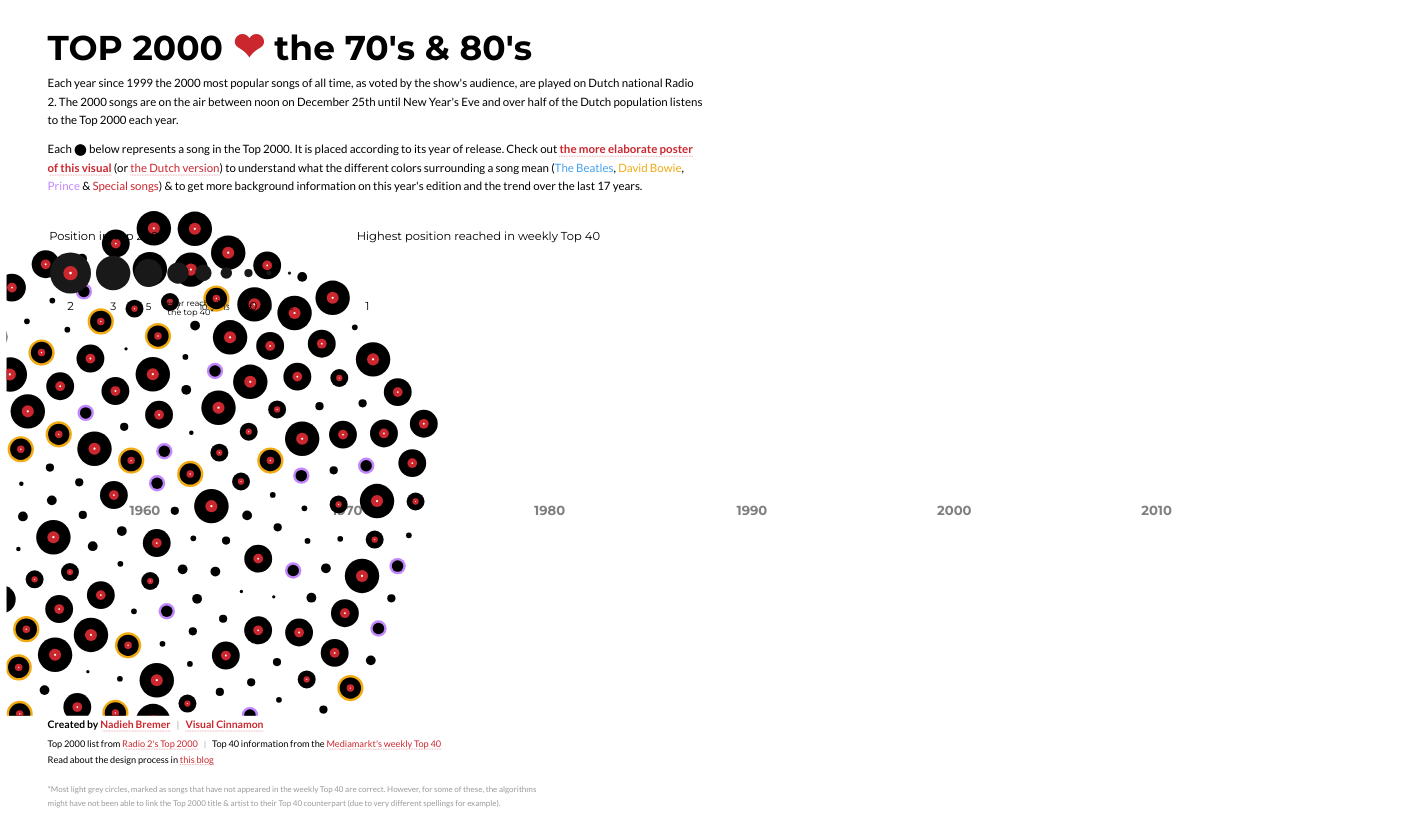
Repository: Limjohns/data_visualization
Page: index.html
An editor plug-in stored every save of this project. The page is shown before and after the next save, followed by the edit.
The browser window is 1280 px wide. The page is 1708 px wide, so the pictures cover 1708 px, including what lies to the right of the window. The pictures show the whole page, at 82% of full size.

Above is the page before, as saved 2023-05-16 10:50:23.

### index.html
<!DOCTYPE html>
	<head>
	    <meta http-equiv="Content-Type" content="text/html; charset=UTF-8">
	    <meta http-equiv="X-UA-Compatible" content="IE=edge">
	    <meta name="viewport" content="width=device-width, initial-scale=1">
	    <!-- <meta name="viewport" content="user-scalable = yes"> -->

        <title>The Top 2000 Loves the 70s & 80s</title>
        <meta name="author" content="Nadieh Bremer - Visual Cinnamon">
        <meta name="title" content="The Top 2000 Loves the 70s & 80s">
        <meta name="description" content="See which release years are most popular of the Top 2000 best songs ever">
        <meta name="keywords" content="data, visualization, visualisation, data visualization, data visualisation, information, information visualization, information visualisation, dataviz, datavis, infoviz, infovis, collaboration, data art">
        <meta name="theme-color" content="#cb272e">

        <!-- Favicon -->
		<link rel="icon" type="image/png" sizes="192x192" href="img/favicon-192x192.png" />
		<link rel="icon" type="image/png" sizes="96x96" href="img/favicon-96x96.png" />
		<link rel="icon" type="image/png" sizes="32x32" href="img/favicon-32x32.png" />
        <link rel="icon" type="image/png" sizes="16x16" href="img/favicon-16x16.png" />

        <!-- Social media -->
        <meta property="og:title" content="The Top 2000 Loves the 70s & 80s">
        <meta property="og:site_name" content="Visual Cinnamon">
        <meta property="og:url" content="https://top2000.visualcinnamon.com">
        <meta property="og:description" content="See which release years are most popular of the Top 2000 best songs ever">
        <meta property="og:type" content="article">
        <meta property="og:locale" content="en_US">
        <meta property="og:image" content="https://top2000.visualcinnamon.com/img/top2000_feature.png">
        <meta property="og:image:type" content="image/png">
        <meta property="og:image:width" content="1300">
        <meta property="og:image:height" content="1020">

        <meta name="twitter:card" content="summary_large_image">
        <meta name="twitter:site" content="@NadiehBremer">
        <meta name="twitter:creator" content="@NadiehBremer">
        <meta name="twitter:title" content="The Top 2000 Loves the 70s & 80s">
        <meta name="twitter:description" content="See which release years are most popular of the Top 2000 best songs ever">
        <meta name="twitter:image:src" content="https://top2000.visualcinnamon.com/img/top2000_feature.png">

		<!-- Styling -->
		<link href="css/style.css" rel="stylesheet">

		<!-- Google fonts -->
		<link href="https://fonts.googleapis.com/css?family=Lato:400,700|Montserrat:400,700" rel="stylesheet">

		<!-- JavaScript files -->
		<script src="plugins/d3.min.js"></script>

	</head>
	<body>
		<div id="intro" class="outer-margin">
			<h1 class="title">TOP 2000 <span class="heart">❤</span> the 70's & 80's</h1>
			<p>Each year since 1999 the 2000 most popular songs of all time, as voted by the show's audience, are played on Dutch national Radio 2. The 2000 songs are on the air between noon on December 25th until New Year's Eve and over half of the Dutch population listens to the Top 2000 each year.</p>
			<p class="desktop">Each ⬤ below represents a song in the Top 2000. It is placed according to its year of release. Check out <a style="font-weight: 700;" href="img/Top2000PosterEnglish.png" target="_new">the more elaborate poster of this visual</a> (or <a href="img/Top2000PosterDutch.png" target="_new">the Dutch version</a>) to understand what the different colors surrounding a song mean (<span style="color: #46a1ef;">The Beatles</span>, <span style="color: #f1aa11;">David Bowie</span>, <span style="color: #C287FF;">Prince</span> & <span style="color: #CB272E;">Special songs</span>) & to get more background information on this year's edition and the trend over the last 17 years.</p>
			<p class="mobile">Each ⬤ in the image below represents a song in the Top 2000. It is placed according to its year of release. Click on the image below to <a style="color: #CB272E; font-weight: 700;" href="img/Top2000PosterEnglish.png">go to a big version of the visual</a> and see the details (or go to <a href="img/Top2000PosterDutch.png" target="_new">the Dutch version</a>) to get more background information on this year's edition and the trend over the last 17 years.</p>
			<p class="mobile">Visit this page on your laptop to see a much bigger interactive version and discover the artist and song of each of the 2000 songs!</p>
		</div>

		<!-- Chart (or image for mobile) -->
		<div class="mobile" style="margin-bottom: 20px;">
			<a class="image-link" href="img/Top2000PosterEnglish.png"><img alt="The final infographic about the Top 2000" src="img/Top2000PosterEnglish.png" width="100%"></a>
		</div>
		<div id="chart"></div>

		<!-- Credits & Data -->
		<div id="credit" class="outer-margin">
			<p class="credit-bold" style="margin-bottom: 8px;">Created by <a href="https://twitter.com/NadiehBremer" target="_new">Nadieh Bremer</a> <span class="credit-divider">|</span> <a href="https://www.visualcinnamon.com/" target="_new">Visual Cinnamon</a></p>
			<p class="credit-note">Top 2000 list from <a href="http://www.nporadio2.nl/top2000" target="_new">Radio 2's Top 2000</a> <span class="credit-divider">|</span> Top 40 information from the <a href="https://www.top40.nl/" target="_new">Mediamarkt's weekly Top 40</a></p>
			<p class="credit-note">Read about the design process in <a href="https://www.datasketch.es/project/top-2000">this blog</a></p>

			<p class="credit-data-note desktop">*Most light grey circles, marked as songs that have not appeared in the weekly Top 40 are correct. However, for some of these, the algorithms might have not been able to link the Top 2000 title & artist to their Top 40 counterpart (due to very different spellings for example).</p>
		</div>

		</div>
        <script src="js/main.js"></script>
	</body>
</html>

### js/main.js
var isMobile = window.screen.width < 400 ? true : false;

if(isMobile) {
	d3.selectAll(".mobile").style("display", "inline-block");
	d3.selectAll(".desktop").style("display", "none");
	d3.selectAll(".outer-margin").style("margin-left", "10px").style("margin-right", "10px");
	d3.selectAll(".title").style("font-size", "2.7em");
	// d3.selectAll(".heart").style("font-size", "1.4em");
} else {

	///////////////////////////////////////////////////////////////////////////
	//////////////////////////// Set up the SVG ///////////////////////////////
	///////////////////////////////////////////////////////////////////////////
	var margin = {
	  top: 120,
	  right: 150,
	  bottom: 0,
	  left: -350
	};
	var widthOriginal = 2150 - 100 - 150;
	var width = 1700 - margin.left - margin.right;
	var height = 620 - margin.top - margin.bottom;

	//SVG container
	var svg = d3.select('#chart')
		.append("svg")
		.attr("width", width + margin.left + margin.right)
		.attr("height", height + margin.top + margin.bottom)
		.append("g").attr("class", "top-wrapper")
		.attr("transform", "translate(" + (margin.left) + "," + (margin.top) + ")");

	///////////////////////////////////////////////////////////////////////////
	////////////////////////// Create the scales //////////////////////////////
	///////////////////////////////////////////////////////////////////////////

	var yearScale = d3.scaleLinear()
		.domain([1939, 2016])
	    .range([0, widthOriginal]);

	var rScale = d3.scaleSqrt()
		// .domain([1,10,25,50,100,250,500,1000,2000])
		.domain([2, 3, 5, 7, 10, 13, 17, 21, 25])
		// .domain([25,21,17,13,10,7,5,3,2])
		.range([25,21,17,13,10,7,5,3,2]);

	var colorScale = d3.scaleLinear()
		.domain([1,6,12,18,25,32,40])
		.range(["#000000","#262626","#474747","#636363","#7D7D7D","#949494","#ABABAB"]);

	///////////////////////////////////////////////////////////////////////////
	///////////////////////// Choose annotated songs //////////////////////////
	///////////////////////////////////////////////////////////////////////////

	var interestingSongs = [
		1989, //Oldest song - Billy Holiday
		363, //Highest song from 2016 - Can't Stop The Feeling | Justin Timberlake
		270, //Highest new song - Starman | David Bowie
		144, //Highest riser - When We Were Young | Adele
		232, //Pokemon song
	];

	//David Bowie songs
	var DB = [7,38,87,162,182,230,270,310,379,462,472,491,523,540,576,586,612,616,778,856,961,1144,1203,1632,1736,1875];

	//Prince songs
	var PR = [13,207,254,354,404,585,640,702,721,937,1268,1365,1378,1409,1658,1761,1771];

	var strokeWidthColored = 3,	//The Beatles, Prince and David Bowie
		strokeWidthRed = 4;		//Interesting Songs

	///////////////////////////////////////////////////////////////////////////
	//////////////////////////// Read in the data /////////////////////////////
	///////////////////////////////////////////////////////////////////////////

	d3.csv('data/data_2016.csv', function (error, data) {

		///////////////////////////////////////////////////////////////////////////
		///////////////////////////// Final data prep /////////////////////////////
		///////////////////////////////////////////////////////////////////////////

		if (error) throw error;

		data.forEach(function(d) {
			d.rank = +d.rank;
			d.releaseYear = +d.releaseYear;
			d.listHighestRank = +d.listHighestRank;
			d.x = +d.x;
			d.y = +d.y;
		});

		//Add a few more "circles" to the data that will make room for the decade numbers
		var decades = [2013, 2014, 2015, 2016, 2017, 2018, 2019, 2020, 2021, 2022];
		for(var i=0; i<decades.length; i++) {
			data.push({
				rank: 0,
				releaseYear: decades[i],
				type: "decade",
				x: yearScale(decades[i]),
				y: height/2
			});
		}//for i

		///////////////////////////////////////////////////////////////////////////
		///////////////////////////// Create the axis /////////////////////////////
		///////////////////////////////////////////////////////////////////////////

		svg.append("g")
	      .attr("class", "axis axis--x")
	      .attr("transform", "translate(0," + (height/2) + ")")
	      .call(d3.axisBottom(yearScale).ticks(10, ".0f"));

		svg.selectAll(".axis text")
		  .attr("dy", "-0.25em");

		///////////////////////////////////////////////////////////////////////////
		//////////////////////////// Draw the circles /////////////////////////////
		///////////////////////////////////////////////////////////////////////////

		//Wrapper for all songs
	  	var songWrapper = svg.append("g")
	      .attr("class", "song-wrapper");

		//Create a group per song
		var song = songWrapper.selectAll(".song-group")
		  	.data(data)
		  	.enter().append("g")
		  	.attr("class", "song-group")
		  	.attr("transform", function(d) { return "translate(" + d.x + "," + d.y + ")"; })
		  	.on("mouseover", function(d) {
		  		//console.log(d.artist, d.title, d.releaseYear, d.rank, d.listHighestRank);

		  		//Move the tooltip to the right location
		  		tooltipSong.text(d.title);
		      	tooltipArtist.text(d.artist + " | " + d.releaseYear);
		      	tooltipRank.text("Position in Top 2000: " + d.rank);
		      	if(d.listHighestRank > 0 && d.listType !== "tip") {
		      		tooltipTop40.text("Highest position in weekly Top 40: " + d.listHighestRank);
		      	} else {
		      		tooltipTop40.text("Never appeared in the Top 40");
		      	}//else
		      	//Find the largest title
		      	var maxSize = Math.max(document.getElementById("tooltipSong").getComputedTextLength(),
		      		document.getElementById("tooltipArtist").getComputedTextLength(),
		      		document.getElementById("tooltipRank").getComputedTextLength(),
		      		document.getElementById("tooltipTop40").getComputedTextLength());
		      	tooltipBackground
		      		.transition().duration(100)
		      		.attr("x", -0.5 * maxSize*1.2)
		      		.attr("width", maxSize*1.2)
		      	tooltipWrapper
		      		.transition().duration(200)
		        	.attr("transform", "translate(" + d.x + "," + (d.y + 40) + ")")
		        	.style("opacity", 1);
		  	})
		  	.on("mouseout", function(d) {
		  		//Hide the tooltip
				tooltipWrapper
					.transition().duration(200)
					.style("opacity", 0);
		  	});

		//The colored background for some songs (since I can't do an outside stroke)
		song
			.filter(function(d) { return d.artist === "The Beatles" || DB.indexOf(d.rank) > -1 || PR.indexOf(d.rank) > -1 || interestingSongs.indexOf(d.rank) > -1; })
			.append("circle")
			.attr("class", "song-background")
	      	.attr("r", function(d) {
	      		if(d.artist === "The Beatles" || DB.indexOf(d.rank) > -1 || PR.indexOf(d.rank) > -1) {
					return rScale(d.rank) + strokeWidthColored;
				} else if(interestingSongs.indexOf(d.rank) > -1) {
					return rScale(d.rank) + strokeWidthRed;
				} else {
					return -1; //check for error
				}//else
	      	})
		  	.style("fill", function(d) {
			  	if(d.artist === "The Beatles") {
				  	return "#46a1ef";
			  	} else if (interestingSongs.indexOf(d.rank) > -1) {
				  	return "#CB272E";
			  	} else if (DB.indexOf(d.rank) > -1) {
				  	return "#f1aa11";
			  	} else if (PR.indexOf(d.rank) > -1) {
				  	return "#C287FF";
			  	} else {
				  	return "none";
			  	}//else
		  	});

		//The grey scaled circle of the song
		song.append("circle")
			.attr("class", "song")
	      	.attr("r", function(d) { return rScale(d.rank); })
		  	.style("fill", function(d) {
			  	if(d.type === "decade") {
				  	return "none";
			  	} else if (d.listHighestRank === 0 || d.listType === "tip") {
				  	return "#e0e0e0";
			  	} else {
					return colorScale(d.listHighestRank);
				}//else
		  	});

		//Colored piece of the "vinyl" part of the top 10
		song
		  .filter(function(d) { return d.rank > 0 && d.rank <= 10; })
		  .append("circle")
	      .attr("r", function(d) { return rScale(d.rank)*0.35; })
		  .style("fill", "#CB272E");
		//White center of the "vinyl" part of the top 10
		song
		  .filter(function(d) { return d.rank > 0 && d.rank <= 10; })
		  .append("circle")
	      .attr("r", function(d) { return rScale(d.rank)*0.065; })
		  .style("fill", "white");

		///////////////////////////////////////////////////////////////////////////
		////////////////////////////// Add Tooltip ////////////////////////////////
		///////////////////////////////////////////////////////////////////////////

		var tooltipWrapper = svg.append("g")
		  .attr("class", "tooltip-wrapper")
		  .attr("transform", "translate(" + 0 + "," + 0 + ")")
		  .style("opacity", 0);

		var tooltipBackground = tooltipWrapper.append("rect")
			.attr("class", "tooltip-background")
			.attr("x", 0)
			.attr("y", -28)
			.attr("width", 0)
			.attr("height", 100);

		var tooltipArtist = tooltipWrapper.append("text")
		  .attr("class", "tooltip-artist")
		  .attr("id", "tooltipArtist")
		  .attr("y", -4)
		  .text("");

		var tooltipSong = tooltipWrapper.append("text")
		  .attr("class", "tooltip-song")
		  .attr("id", "tooltipSong")
		  .attr("y", 17)
		  .text("");

		var tooltipRank = tooltipWrapper.append("text")
		  .attr("class", "tooltip-rank")
		  .attr("id", "tooltipRank")
		  .attr("y", 42)
		  .text("");
		var tooltipTop40 = tooltipWrapper.append("text")
		  .attr("class", "tooltip-rank")
		  .attr("id", "tooltipTop40")
		  .attr("y", 55)
		  .text("");

		///////////////////////////////////////////////////////////////////////////
		//////////////////////////// Add size legend //////////////////////////////
		///////////////////////////////////////////////////////////////////////////

		var sizeLegend = svg.append("g")
			.attr("class", "size-legend")
			.attr("transform", "translate(" + 415 + "," + -40 + ")");

		sizeLegend.append("text")
			.attr("class", "legend-title")
			.attr("x", -13)
			.attr("y", -40)
			.text("Position in Top 2000");

		var sizeDistance = [13,65,108,144,175,203,230,255,280];
		sizeLegend.selectAll(".song-size")
			.data(rScale.range())
			.enter().append("circle")
			.attr("class", "song-size")
			.attr("cx", function(d,i) { return sizeDistance[i]; })
			.attr("r", function(d) { return d; });

		//Add small red and white circle to the first
		sizeLegend.append("circle")
			.attr("cx", sizeDistance[0])
			.attr("r", rScale.range()[0] * 0.35)
			.style("fill", "#CB272E");
		sizeLegend.append("circle")
			.attr("cx", sizeDistance[0])
			.attr("r", rScale.range()[0] * 0.065)
			.style("fill", "white");

		//Add numbers below
		var sizeFont = [14,13,12,11,10,9,9,8,8];
		sizeLegend.selectAll(".song-legend-value")
			.data(rScale.domain())
			.enter().append("text")
			.attr("class", "song-legend-value")
			.attr("x", function(d,i) { return sizeDistance[i]; })
			.attr("y", 45)
			.style("font-size", function(d,i) { return sizeFont[i]; })
			.text(function(d) { return d; })


		///////////////////////////////////////////////////////////////////////////
		///////////////////////////// Add color legend ////////////////////////////
		///////////////////////////////////////////////////////////////////////////

		var colorLegend = svg.append("g")
			.attr("class", "color-legend")
			.attr("transform", "translate(" + 790 + "," + -40 + ")");

		colorLegend.append("text")
			.attr("class", "legend-title")
			.attr("x", -13)
			.attr("y", -40)
			.text("Highest position reached in weekly Top 40");

		colorLegend.selectAll(".song-color")
			.data(colorScale.range())
			.enter().append("circle")
			.attr("class", "song-color")
			.attr("cx", function(d,i) { return 2 * i * rScale(100)*1.2; })
			.attr("r", rScale(100))
			.style("fill", function(d) { return d; });
		//Add extra circle for never reached top 40
		colorLegend.append("circle")
			.attr("class", "song-color")
			.attr("cx", function(d,i) { return 2 * 9 * rScale(100)*1.2; })
			.attr("r", rScale(100))
			.style("fill", "#e0e0e0");

		//Add text below
		colorLegend.append("text")
			.attr("class", "song-legend-value")
			.attr("x", 0)
			.attr("y", 45)
			.style("font-size", sizeFont[0])
			.text("1");
		colorLegend.append("text")
			.attr("class", "song-legend-value")
			.attr("x", 2 * 6 * rScale(100)*1.2)
			.attr("y", 45)
			.style("font-size", sizeFont[0])
			.text("40");
		colorLegend.append("text")
			.attr("class", "song-legend-value")
			.attr("x", 2 * 9 * rScale(100)*1.2)
			.attr("y", 40)
			.style("font-size", sizeFont[4])
			.text("never reached");
		colorLegend.append("text")
			.attr("class", "song-legend-value")
			.attr("x", 2 * 9 * rScale(100)*1.2)
			.attr("y", 51)
			.style("font-size", sizeFont[4])
			.text("the top 40*");

	});//d3.csv

}//else

Loaded but not shown: plugins/d3.min.js (library); css/style.css (143 lines, source omitted)

After the next save:
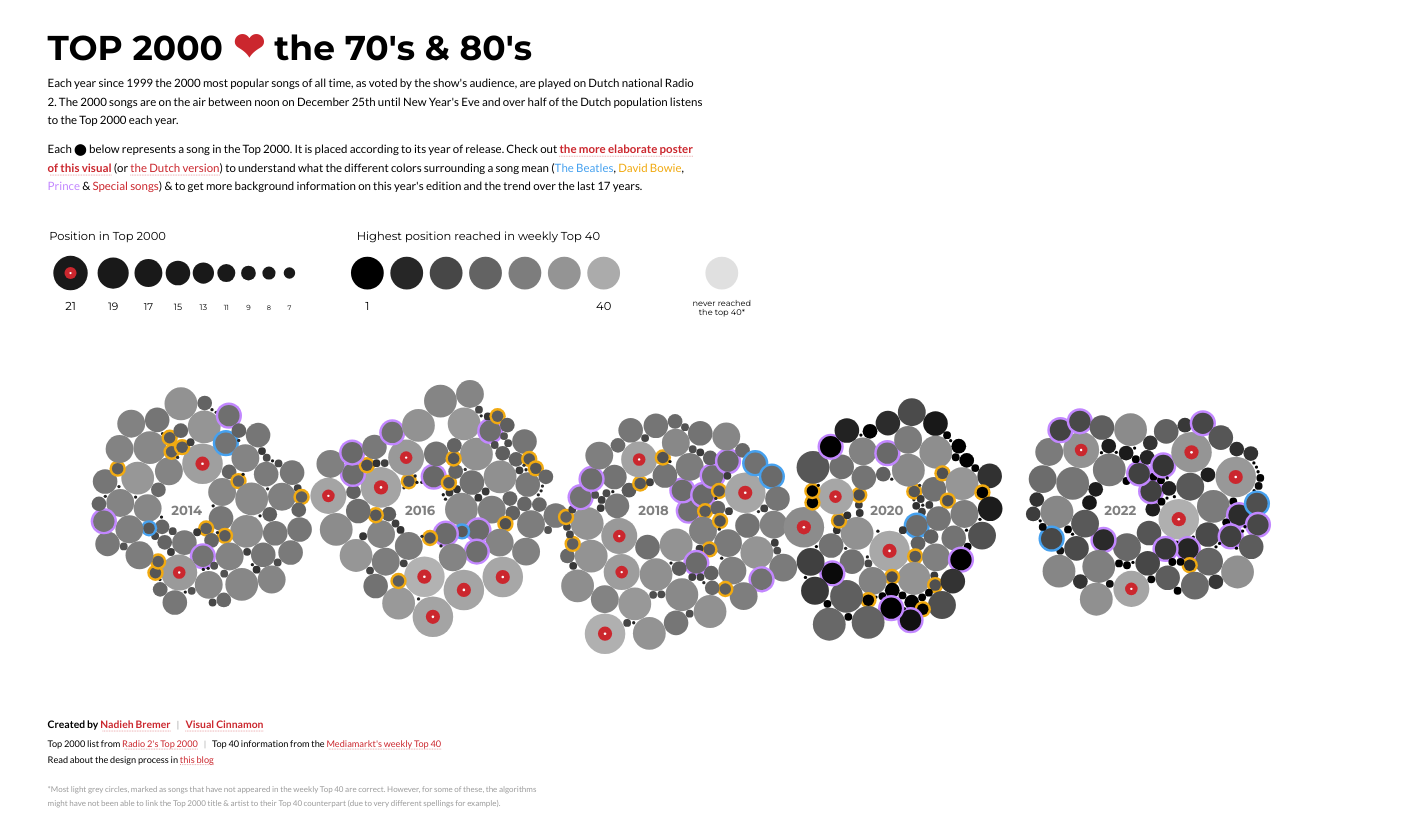
Saved 29 h 51 min later.
--- a/js/main.js
+++ b/js/main.js
@@ -17,7 +17,7 @@ if(isMobile) {
 	  bottom: 0,
 	  left: -350
 	};
-	var widthOriginal = 2150 - 100 - 150;
+	var widthOriginal = 2150 - 100 - 200;
 	var width = 1700 - margin.left - margin.right;
 	var height = 620 - margin.top - margin.bottom;
 
@@ -34,17 +34,19 @@ if(isMobile) {
 	///////////////////////////////////////////////////////////////////////////
 
 	var yearScale = d3.scaleLinear()
-		.domain([1939, 2016])
+		.domain([2010, 2023])
 	    .range([0, widthOriginal]);
 
 	var rScale = d3.scaleSqrt()
 		// .domain([1,10,25,50,100,250,500,1000,2000])
-		.domain([2, 3, 5, 7, 10, 13, 17, 21, 25])
-		// .domain([25,21,17,13,10,7,5,3,2])
-		.range([25,21,17,13,10,7,5,3,2]);
+		// .domain([2, 3, 5, 7, 10, 13, 17, 21, 25])
+		// 25,21,17,13,10,7,5,3,2
+		.domain([21, 19, 17, 15, 13, 11, 9, 8, 7])
+		.range([21, 19, 17, 15, 13, 11, 9, 8, 7]);
 
 	var colorScale = d3.scaleLinear()
-		.domain([1,6,12,18,25,32,40])
+		// .domain([1,6,12,18,25,32,40])
+		.domain([14, 15, 16, 17, 18, 19, 20])
 		.range(["#000000","#262626","#474747","#636363","#7D7D7D","#949494","#ABABAB"]);
 
 	///////////////////////////////////////////////////////////////////////////
@@ -72,7 +74,7 @@ if(isMobile) {
 	//////////////////////////// Read in the data /////////////////////////////
 	///////////////////////////////////////////////////////////////////////////
 
-	d3.csv('data/data_2016.csv', function (error, data) {
+	d3.csv('data/data_13_22_v3.csv', function (error, data) {
 
 		///////////////////////////////////////////////////////////////////////////
 		///////////////////////////// Final data prep /////////////////////////////
@@ -107,7 +109,7 @@ if(isMobile) {
 		svg.append("g")
 	      .attr("class", "axis axis--x")
 	      .attr("transform", "translate(0," + (height/2) + ")")
-	      .call(d3.axisBottom(yearScale).ticks(10, ".0f"));
+	      .call(d3.axisBottom(yearScale).ticks(5, ".0f"));    // 改这里可以修改年份显示个数
 
 		svg.selectAll(".axis text")
 		  .attr("dy", "-0.25em");
@@ -134,7 +136,7 @@ if(isMobile) {
 		      	tooltipArtist.text(d.artist + " | " + d.releaseYear);
 		      	tooltipRank.text("Position in Top 2000: " + d.rank);
 		      	if(d.listHighestRank > 0 && d.listType !== "tip") {
-		      		tooltipTop40.text("Highest position in weekly Top 40: " + d.listHighestRank);
+		      		tooltipTop40.text("Tickets Sold: " + d.Tickets_Sold);
 		      	} else {
 		      		tooltipTop40.text("Never appeared in the Top 40");
 		      	}//else
@@ -174,7 +176,7 @@ if(isMobile) {
 				}//else
 	      	})
 		  	.style("fill", function(d) {
-			  	if(d.artist === "The Beatles") {
+			  	if(d.artist === "Universal") {
 				  	return "#46a1ef";
 			  	} else if (interestingSongs.indexOf(d.rank) > -1) {
 				  	return "#CB272E";
@@ -203,13 +205,13 @@ if(isMobile) {
 
 		//Colored piece of the "vinyl" part of the top 10
 		song
-		  .filter(function(d) { return d.rank > 0 && d.rank <= 10; })
+		  .filter(function(d) { return d.rank > 20 && d.rank <= 25; })
 		  .append("circle")
 	      .attr("r", function(d) { return rScale(d.rank)*0.35; })
 		  .style("fill", "#CB272E");
 		//White center of the "vinyl" part of the top 10
 		song
-		  .filter(function(d) { return d.rank > 0 && d.rank <= 10; })
+		  .filter(function(d) { return d.rank > 20 && d.rank <= 25; })
 		  .append("circle")
 	      .attr("r", function(d) { return rScale(d.rank)*0.065; })
 		  .style("fill", "white");
@@ -311,18 +313,19 @@ if(isMobile) {
 			.attr("y", -40)
 			.text("Highest position reached in weekly Top 40");
 
+		var SongColor = 20
 		colorLegend.selectAll(".song-color")
 			.data(colorScale.range())
 			.enter().append("circle")
 			.attr("class", "song-color")
-			.attr("cx", function(d,i) { return 2 * i * rScale(100)*1.2; })
-			.attr("r", rScale(100))
+			.attr("cx", function(d,i) { return 2 * i * rScale(SongColor)*1.2; })
+			.attr("r", rScale(SongColor))
 			.style("fill", function(d) { return d; });
 		//Add extra circle for never reached top 40
 		colorLegend.append("circle")
 			.attr("class", "song-color")
-			.attr("cx", function(d,i) { return 2 * 9 * rScale(100)*1.2; })
-			.attr("r", rScale(100))
+			.attr("cx", function(d,i) { return 2 * 9 * rScale(SongColor)*1.2; })
+			.attr("r", rScale(SongColor))
 			.style("fill", "#e0e0e0");
 
 		//Add text below
@@ -334,19 +337,19 @@ if(isMobile) {
 			.text("1");
 		colorLegend.append("text")
 			.attr("class", "song-legend-value")
-			.attr("x", 2 * 6 * rScale(100)*1.2)
+			.attr("x", 2 * 6 * rScale(SongColor)*1.2)
 			.attr("y", 45)
 			.style("font-size", sizeFont[0])
 			.text("40");
 		colorLegend.append("text")
 			.attr("class", "song-legend-value")
-			.attr("x", 2 * 9 * rScale(100)*1.2)
+			.attr("x", 2 * 9 * rScale(SongColor)*1.2)
 			.attr("y", 40)
 			.style("font-size", sizeFont[4])
 			.text("never reached");
 		colorLegend.append("text")
 			.attr("class", "song-legend-value")
-			.attr("x", 2 * 9 * rScale(100)*1.2)
+			.attr("x", 2 * 9 * rScale(SongColor)*1.2)
 			.attr("y", 51)
 			.style("font-size", sizeFont[4])
 			.text("the top 40*");
